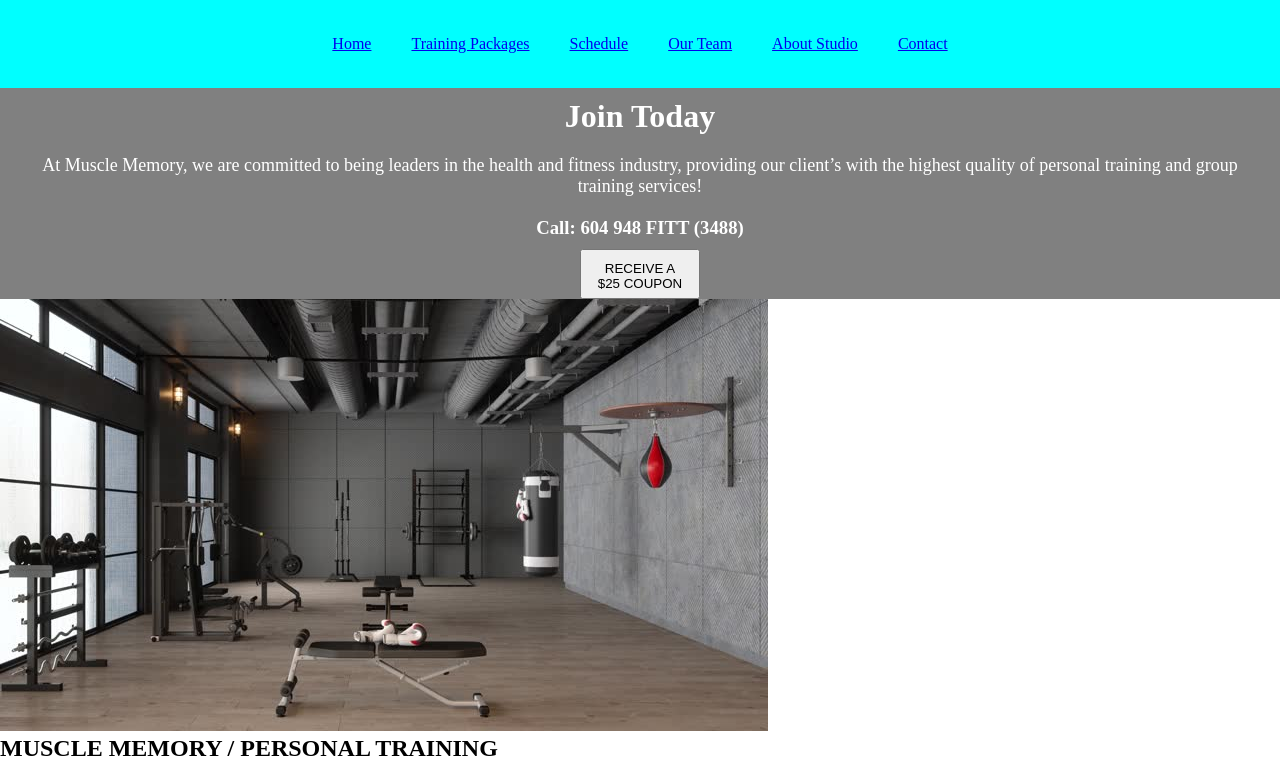
Repository: MujtabaHabib/muscle-memory-website
Page: index.html
The author's editor kept a copy of each file at every save. The page is drawn from the files as they stood at one save, then again after a run of saves.
The browser window is 1280 px wide. The pictures show the whole page.

Above is the page before, as saved 2026-01-27 02:39:26.

After the next 2 saves:
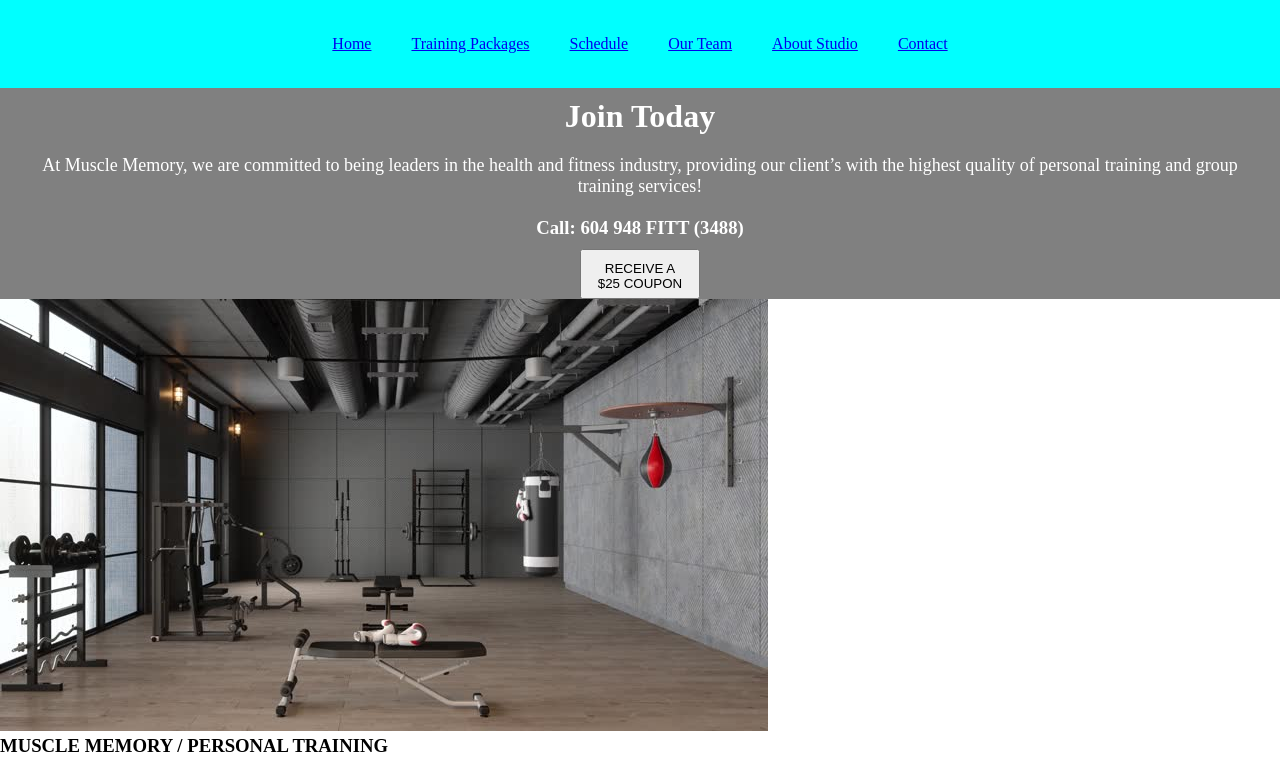
The 2 saves are shown as one change because they came seconds apart.
The last was saved 9 s later.
--- a/index.html
+++ b/index.html
@@ -34,7 +34,7 @@
                 <img src="gym.jpg" alt="gym">
             </div>
             <div>
-                <h2>MUSCLE MEMORY / PERSONAL TRAINING</h2>
+                <h3>MUSCLE MEMORY / PERSONAL TRAINING</h3>
             </div>
         </div>
     </div>
